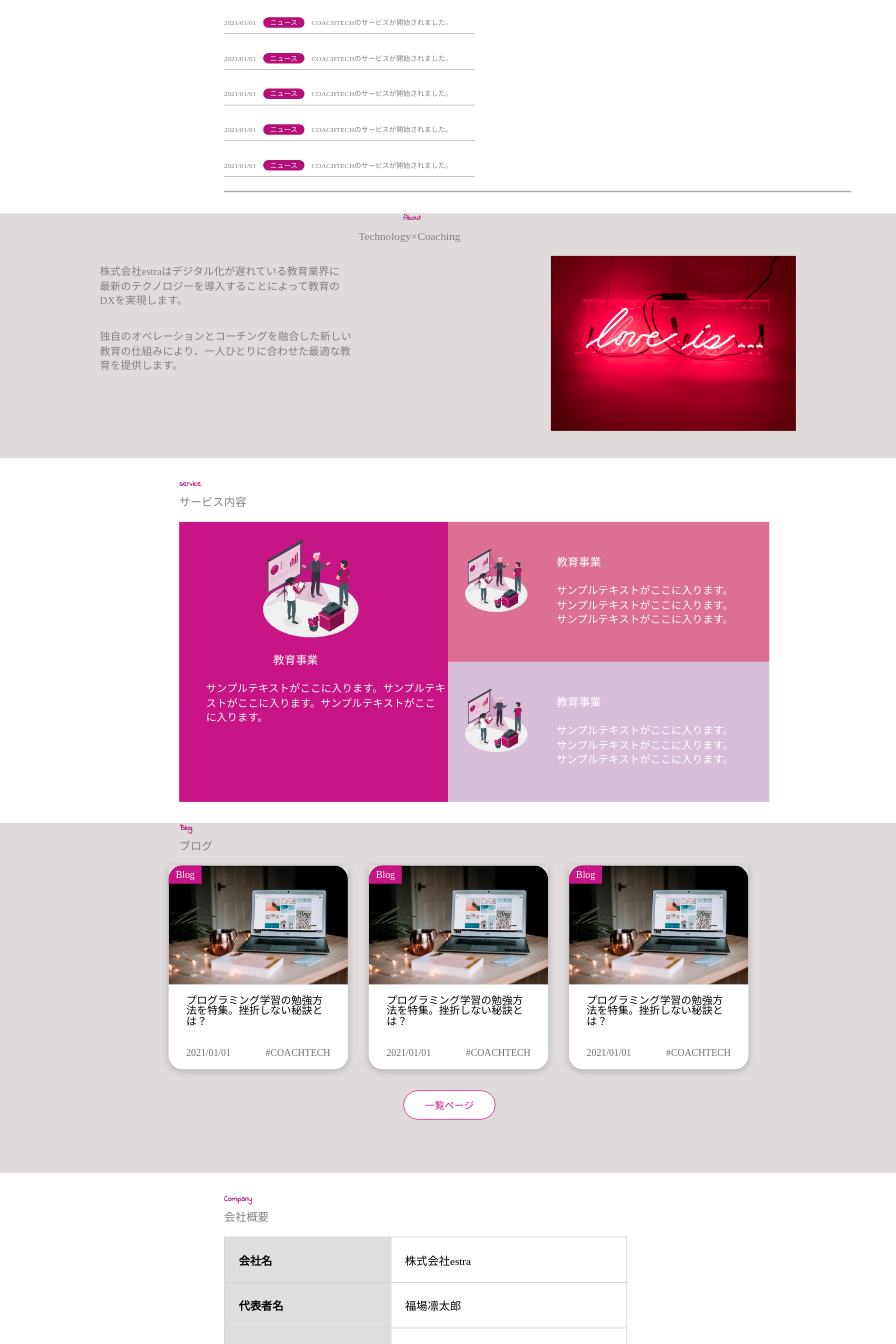
Repository: sigemasaasuka/20210902
Page: index.html
These files come from the project's save history. The page is drawn as it stood at one moment and after a run of saves; the edit follows.
The browser window is 1280 px wide. The pictures show the part of the page from y = 541 to 2461 px (the page is 3297 px tall), at 70% of full size.

Above is the page before, as saved 2021-10-07 11:56:39.

### index.html
<!DOCTYPE html>
<html lang="ja">

<head>
  <meta charset="UTF-8">
  <meta name="viewport" content="width=device-width, initial-scale=1.0">
  <title>Document</title>
  <link rel="stylesheet" href="css/style.css">
  <link rel="stylesheet" href="css/reset.css">
  <link rel="preconnect" href="https://fonts.googleapis.com">
  <link rel="preconnect" href="https://fonts.gstatic.com" crossorigin>
  <link href="https://fonts.googleapis.com/css2?family=Indie+Flower&display=swap" rel="stylesheet">
</head>

<body>
  <div class="flex">
    <div class="logo">
      <img src="img/img/estra_logo.png" alt="estra_logo" width="100px" height="30px">
    </div>
    <div class="parent">
      <div class="child">News</div>
      <div class="child">About</div>
      <div class="child">Service</div>
      <div class="child">blog</div>
      <div class="child">Company</div>
      <div class="child">Contact</div>

    </div>
  </div>
  <div class="relative">
    <img class="relative__img" src="img/img/firstview.jpg" alt="firstview">
    <div class="example">
      <h1>Commit to the <span class="document"> growth</span> <br>for everyone</h1>
    </div>
    <div class="second">
      <h3>全ての全ての人の<span class="second-txt">成長</span>にコミットする</h3>
      <p class="subtitle">Educational Technology Company<br>estra inc since 2019</p>
    </div>
  </div>
  <div class="smlltitle-news">
    <h6>News</h6>
  </div>
  <div class="list-news">
    <h3>新着情報</h3>
  </div>
  <div class="local">
    <div class="info">
      <p>
        2021/01/01　<a class="practice__btn">ニュース</a>　COACHTECHのサービスが開始されました。
      </p>
    </div>
    <div class="info">
      <p>
        2021/01/01　<a class="practice__btn">ニュース</a>　COACHTECHのサービスが開始されました。
      </p>
    </div>
    <div class="info">
      <p>
        2021/01/01　<a class="practice__btn">ニュース</a>　COACHTECHのサービスが開始されました。
      </p>
    </div>
    <div class="info">
      <p>
        2021/01/01　<a class="practice__btn">ニュース</a>　COACHTECHのサービスが開始されました。
      </p>
    </div>
    <div class="info">
      <p>
        2021/01/01　<a class="practice__btn">ニュース</a>　COACHTECHのサービスが開始されました。
      </p>
    </div>
  </div>
  <div class="colored-about">
    <div class="smlltitle-about">
      <h6><p></p> About</h6>
    </div>
    <div class="list-about">
      <h3>Technology×Coaching</h3>
    </div>
    <div class="flex-txt">
    <div class="info-txt">
      <div class="relate">
        株式会社estraはデジタル化が遅れている教育業界に<br>最新のテクノロジーを導入することによって教育の<br>DXを実現します。
      </div>
      <div class="relate-txt">
        独自のオペレーションとコーチングを融合した新しい<br>教育の仕組みにより、一人ひとりに合わせた最適な教<br>育を提供します。
      </div>

    </div>
      <div class="about">
        <img class="picture__img" src="img/img/about.jpg" alt="about">
      </div>
  </div>
  </div>

  <div class="service">
    <div class="smlltitle-service">
      <h6>service</h6>
    </div>
    <div class="list-service">
      <h3>サービス内容</h3>
    </div>
    <div class="contents">
    <div class="colored-service">
      <div class="photo">
        <img class="service__img" src="img/img/service__first.svg" alt="service">
      </div>
      <div class="title">
        <h3>教育事業</h3>
      </div>
      <div class="explain">
        サンプルテキストがここに入ります。サンプルテキ<br>ストがここに入ります。サンプルテキストがここ<br>に入ります。
      </div>
    </div>
  <div class="contents2">
    <div class="contents2">
  <div class="colored3">
    <div class="photo1">
      <img class="service__img1" src="img/img/service__first.svg" alt="service">
    </div>
    <div>
    <div class="title2">
      <h3>教育事業</h3>
    </div>
    <div class="explain2">
      サンプルテキストがここに入ります。<br>サンプルテキストがここに入ります。<br>サンプルテキストがここに入ります。
    </div>
  </div>
  </div>
  </div>

  <div class="colored">
    <div class="photo1">
      <img class="service__img1" src="img/img/service__first.svg" alt="service">
    </div>
    <div>
    <div class="title2">
      <h3>教育事業</h3>
    </div>
    <div class="explain2">
      サンプルテキストがここに入ります。<br>サンプルテキストがここに入ります。<br>サンプルテキストがここに入ります。
    </div>
  </div>
  </div>
</div>
</div>
</div>
   <div class="colored-blog">
    <div class="smlltitle-blog">
      <h6><p></p>Blog</h6>
    </div>
    <div class="list-blog">
      <h3>ブログ</h3>
   </div>
    <div class="flex__item">
      <div class="practice__card">
        <div class="blog__first">
          <img src="img/img/blog__first.jpg" alt="blog">
        </div>
        <div class="card__content">
          <div class="card__cat">Blog</div>
          <h2 class="card__ttl">プログラミング学習の勉強方法を特集。挫折しない秘訣とは？</h2>
          <div class="tag">
            <p class="card__tag">2021/01/01</p>
            <p class="card__date">#COACHTECH</p>
          </div>
        </div>
      </div>
      <div class="practice__card">
        <div class="blog__first">
          <img src="img/img/blog__first.jpg" alt="blog">
        </div>
        <div class="card__content">
          <div class="card__cat">Blog</div>
          <h2 class="card__ttl">プログラミング学習の勉強方法を特集。挫折しない秘訣とは？</h2>
          <div class="tag">
            <p class="card__tag">2021/01/01</p>
            <p class="card__date">#COACHTECH</p>
          </div>
        </div>
      </div>
      <div class="practice__card">
        <div class="blog__first">
          <img src="img/img/blog__first.jpg" alt="blog">
        </div>
        <div class="card__content">
          <div class="card__cat">Blog</div>
          <h2 class="card__ttl">プログラミング学習の勉強方法を特集。挫折しない秘訣とは？</h2>
          <div class="tag">
            <p class="card__tag">2021/01/01</p>
            <p class="card__date">#COACHTECH</p>
          </div>
        </div>
      </div>
    </div>
    <div class="card__cat-blog">一覧ページ</div>
   </div>
   <div class="company">
    <div class="smlltitle-company">
      <h6>Company</h6>
    </div>
    <div class="list-company">
      <h3>会社概要</h3>
    </div>
    <table>
      <tr>
        <th>会社名</th>
        <td>株式会社estra</td>
      </tr>
      <tr>
        <th>代表者名</th>
        <td>福場凛太郎</td>
      </tr>
      <tr>
        <th>本社所在地</th>
        <td>東京都渋谷区1-1-1</td>
      </tr>
      <tr>
        <th>従業員数</th>
        <td>100名</td>
      </tr>
      <tr>
        <th>電話番号</th>
        <td>0120-00-0000</td>
      </tr>
      <tr>
        <th>資本資金</th>
        <td>¥10,000,000</td>
      </tr>
    </table>
    </div>
    <div class="last">
    <div class="photo2">
     <div class="recruit">
      <div class="second-employ">
        <p>採用情報</p>
      </div>
     </div>
    </div>
    <div class="photo3">
      <div class="interview">
    <div class="second-interview">
      <p>社員インタビュー</p>
      </div>
    </div>
    </div>
    </div>
    <div class="list-question">
      <h3>株式会社estraへのお問い合わせはこちらから</h3>
      </div>
      <div class="rod"><p>&#124</p></div>
      <div class="photo4">
  <div class="card__cat3">お問い合わせ</div>
</div>
<div class="colored-question">
  <div class="second-question">
    <p>Copyright&copy;estra,inc　AII Rights Reserved</p>
  </div>
</div>
</body>

</html>

### css/style.css
.img {
  text-align: left;
}

.parent {
  line-height: 50px;
  display: flex;
  justify-content: space-between;
  color: gray;
}

.child {
  margin: 0 10px;
  font-weight: lighter;
}

.logo {
  line-height: 20px;
  width: 100px;
}
.flex {
  display: flex;
  justify-content: space-between;
  height: 50px;
  margin-left: 30px;
}

.relative {
  position: relative;
}

.relative__img {
  margin: 0 0 0 auto;
  display: block;
  width: 50%;
}

.example {
  position: absolute;
  top: 5%;
  left: 30%;
  font-size: 50px;
  color: #b41078;
  font-family: "Indie Flower", cursive;
}

.document {
  top: 5%;
  left: 30%;
  font-size: 70px;
  color: #30b6cf;
  font-family: "Indie Flower", cursive;
}

.second {
  position: absolute;
  top: 50%;
  left: 30%;
  font-size: 18px;
  color: #b41078;
}

.second-txt {
  top: 50%;
  left: 30%;
  font-size: 18px;
  color: #30b6cf;
}

.subtitle {
  margin: 0;
  font-size: 15px;
  color: gray;
  font-weight: lighter;
}

.smlltitle-news {
  color: #b41078;
  font-family: "Indie Flower", cursive;
  margin-left: 25%;
}

.list-news {
  color: gray;
  margin-left: 25%;
  margin-top: 10px;
  margin-bottom: 20px;
}

.local {
  margin-left: 25%;
  border-color: rgb(170, 168, 168);
  border-top: solid 2px rgb(170, 168, 168);
  border-bottom: solid 2px rgb(170, 168, 168);
  width: 70%;
}

.info {
  margin-bottom: 20px;
  border-width: 0 0 1px 0;
  border-style: solid;
  line-height: 30px;
  border-color: rgb(173, 171, 171);
  margin-top: 20px;
  padding-left: 0;
  font-size: 10px;
  color: gray;
  width: 40%;
}

.practice__btn {
  width: 100px;
  padding: 2px 10px;
  color: #fff;
  border-radius: 30px;
  background-color: #b41078;
  text-align: center;
  margin: 0 auto 0;
}

.colored-about {
  height: 350px;
  background-color: rgb(224, 219, 219);
  margin-top: 30px;
}
.smlltitle-about {
  color: #b41078;
  font-family: "Indie Flower", cursive;
  margin-left: 45%;
}

.list-about {
  color: gray;
  margin-left: 40%;
  margin-top: 10px;
}

.flex-txt {
  display: flex;
  justify-content: space-around;
  height: 30px;
}

.relate {
  color: gray;
  font-size: 15px;
  margin-top: 30px;
}

.relate-txt {
  color: gray;
  font-size: 15px;
  margin-top: 30px;
}

.picture__img {
  margin-top: 20px;
  width: 350px;
  height: 250px;
}

.smlltitle-service {
  color: #b41078;
  font-family: "Indie Flower", cursive;
  margin-left: 20%;
  margin-top: 30px;
}

.list-service {
  color: gray;
  margin-left: 20%;
  margin-top: 10px;
}

.contents {
  display: flex;
}
.colored-service {
  background-color: #c71585;
  margin-top: 20px;
  margin-left: 20%;
  width: 30%;
  height: 400px;
}

.service__img {
  width: 300px;
  height: 150px;
  margin-top: 20px;
  margin-left: 10%;
}

.title {
  margin-top: 20px;
  color: #fff;
  margin-left: 35%;
}

.explain {
  margin-left: 10%;
  margin-top: 20px;
  color: #fff;
  font-size: 15px;
}
.contents2 {
  display: flex;
  flex-direction: column;
  justify-content: space-around;
}
.colored3 {
  display: flex;
  background-color: #db7093;
  margin-top: 20px;
  width: 75%;
  height: 200px;
}
.photo1 {
  width: 25%;
}

.service__img1 {
  width: 85%;
  margin-left: 20px;
  margin-top: 30%;
}

.title2 {
  margin-top: 20px;
  color: #fff;
  margin-top: 50px;
  margin-left: 40px;
}

.explain2 {
  margin-top: 20px;
  margin-left: 40px;
  color: #fff;
  font-size: 15px;
}

.colored {
  display: flex;
  background-color: #d8bfd8;
  width: 75%;
  height: 200px;
}

.colored-blog {
  height: 500px;
  background-color: rgb(224, 219, 219);
  margin-top: 30px;
}

.smlltitle-blog {
  color: #b41078;
  font-family: "Indie Flower", cursive;
  margin-left: 20%;
  margin-top: 30px;
}

.list-blog {
  color: gray;
  margin-left: 20%;
  margin-top: 10px;
}

.flex__item {
  border-radius: 20px;
  display: flex;
  justify-content: center;
}

.practice__card {
  margin-top: 20px;
  margin-left: 30px;
  position: relative;
  width: 20%;
  border-bottom-left-radius: 20px;
  border-bottom-right-radius: 20px;
  box-shadow: 0px 3px 10px rgba(0, 0, 0, 0.2);
}

.blog__first {
  overflow: hidden;
  border-top-left-radius: 20px;
  border-top-right-radius: 20px;
}

.card__img img {
  width: 100%;
}

.card__content {
  border-bottom-left-radius: 20px;
  border-bottom-right-radius: 20px;
  background-color: #fff;
  padding: 15px 25px;
}

.card__ttl {
  font-size: 15px;
  margin-bottom: 30px;
  font-weight: 400;
}

.card__cat {
  position: absolute;
  top: 0;
  left: 0;
  border-top-left-radius: 20px;
  padding: 5px 10px;
  background: #c71585;
  display: inline-block;
  color: #fff;
  font-size: 14px;
}

.tag {
  display: flex;
  justify-content: space-between;
  font-size: 14px;
  text-align: right;
}

.card__tag {
  display: inline-block;
  color: rgb(112, 110, 110);
}

.card__date {
  display: inline-block;

  color: rgb(112, 110, 110);
}

.card__cat-blog {
  padding: 10px 30px;
  background: white;
  margin-top: 30px;
  margin-left: 45%;
  border: 1px solid;
  display: inline-block;
  color: #c71585;
  font-size: 14px;
  border-radius: 30px;
}

.company {
  margin-left: 25%;
}

.smlltitle-company {
  color: #b41078;
  font-family: "Indie Flower", cursive;
  margin-top: 30px;
}

.list-company {
  color: gray;
  margin-top: 10px;
  margin-bottom: 20px;
}

table {
  width: 60%;
  border-collapse: collapse;
}

table th,
table td {
  border: 1px solid #ccc;
  padding: 20px;
}
table th {
  font-weight: bold;
  background-color: #dedede;
}

.last {
  display: flex;
  margin-top: 50px;
  position: relative;
}

.second-employ {
  position: absolute;
  top: 50%;
  left: 40%;
  font-size: 20px;
  color: #fff;
}

.photo2 {
  width: 50%;
}

.recruit {
  position: relative;
  width: 100%;
  height: 0;
  padding-top: calc(300 / 683 * 100%); /* calc(画像高さ ÷ 画像横幅 × 100%) */
  background: url(../img/img/recruit.png) center center / cover no-repeat;
  margin-top: 30px;
}

.photo3 {
  width: 50%;
}

.interview {
  position: relative;
  width: 100%;
  height: 0;
  padding-top: calc(300 / 683 * 100%); /* calc(画像高さ ÷ 画像横幅 × 100%) */
  background: url(../img/img/interview.png) center center / cover no-repeat;
  margin-top: 30px;
}

.second-interview {
  position: absolute;
  top: 50%;
  left: 45%;
  font-size: 20px;
  color: #fff;
}

.list-question {
  color: gray;
  margin-top: 50px;
  margin-left: 36%;
}
.rod {
  color: #c71585;
  margin-left: 47%;
  margin-top: 10px;
  font-size: 30px;
}

.card__cat3 {
  position: relative;
  top: 0;
  padding: 20px 60px;
  background: linear-gradient(90deg, #ff69b4, #c71585);
  margin-top: 10px;
  margin-left: 40%;
  border: 1px solid;
  display: inline-block;
  color: #fff;
  font-size: 14px;
  border-radius: 30px;
}

.card__cat3::before {
  content: "";
  position: absolute;
  bottom: 15px;
  left: 25px;
  background: url(../img/img/mailicon.svg) no-repeat;
  background-size: cover;
  width: 15px;
  height: 15px;
  transform: translate(0, -50%);
}

.colored-question {
  height: 30px;
  background-color: rgb(224, 219, 219);
  margin-top: 25px;
}

.second-question {
  color: #000;
  font-size: 10px;
  margin-left: 40%;
  line-height: 30px;
}

### css/reset.css
@charset "UTF-8";
html,
body,
div,
span,
applet,
object,
iframe,
h1,
h2,
h3,
h4,
h5,
h6,
p,
blockquote,
pre,
a,
abbr,
acronym,
address,
big,
cite,
code,
del,
dfn,
em,
img,
ins,
kbd,
q,
s,
samp,
small,
strike,
strong,
sub,
sup,
tt,
var,
b,
u,
i,
center,
dl,
dt,
dd,
ol,
ul,
li,
fieldset,
form,
label,
legend,
table,
caption,
tbody,
tfoot,
thead,
tr,
th,
td,
article,
aside,
canvas,
details,
embed,
figure,
figcaption,
footer,
header,
hgroup,
menu,
nav,
output,
ruby,
section,
summary,
time,
mark,
audio,
video {
  margin: 0;
  padding: 0;
  border: none;
  font-style: normal;
  text-align: left;
  zoom: 1;
}
article,
aside,
details,
figcaption,
figure,
footer,
header,
hgroup,
menu,
nav,
section {
  display: block;
}
table {
  border-collapse: collapse;
  font-family: inherit;
}
h1,
h2,
h3,
h4,
h5 {
  font-size: 100%;
  font-weight: normal;
  line-height: 1;
}
input,
textarea,
select {
  font-family: inherit;
  font-size: 16px;
}
input[type="button"],
input[type="text"],
input[type="submit"] {
  -webkit-appearance: none;
  border-radius: 0;
}
textarea {
  resize: none;
  -webkit-appearance: none;
  border-radius: 0;
}
th,
td {
  border-collapse: collapse;
}
table th,
table td {
  white-space: nowrap;
}
ul,
ol {
  list-style-type: none;
}
img {
  vertical-align: text-bottom;
  vertical-align: -webkit-baseline-middle;
  max-width: 100%;
  height: auto;
  width/***/: auto;
}

After the next 3 saves:
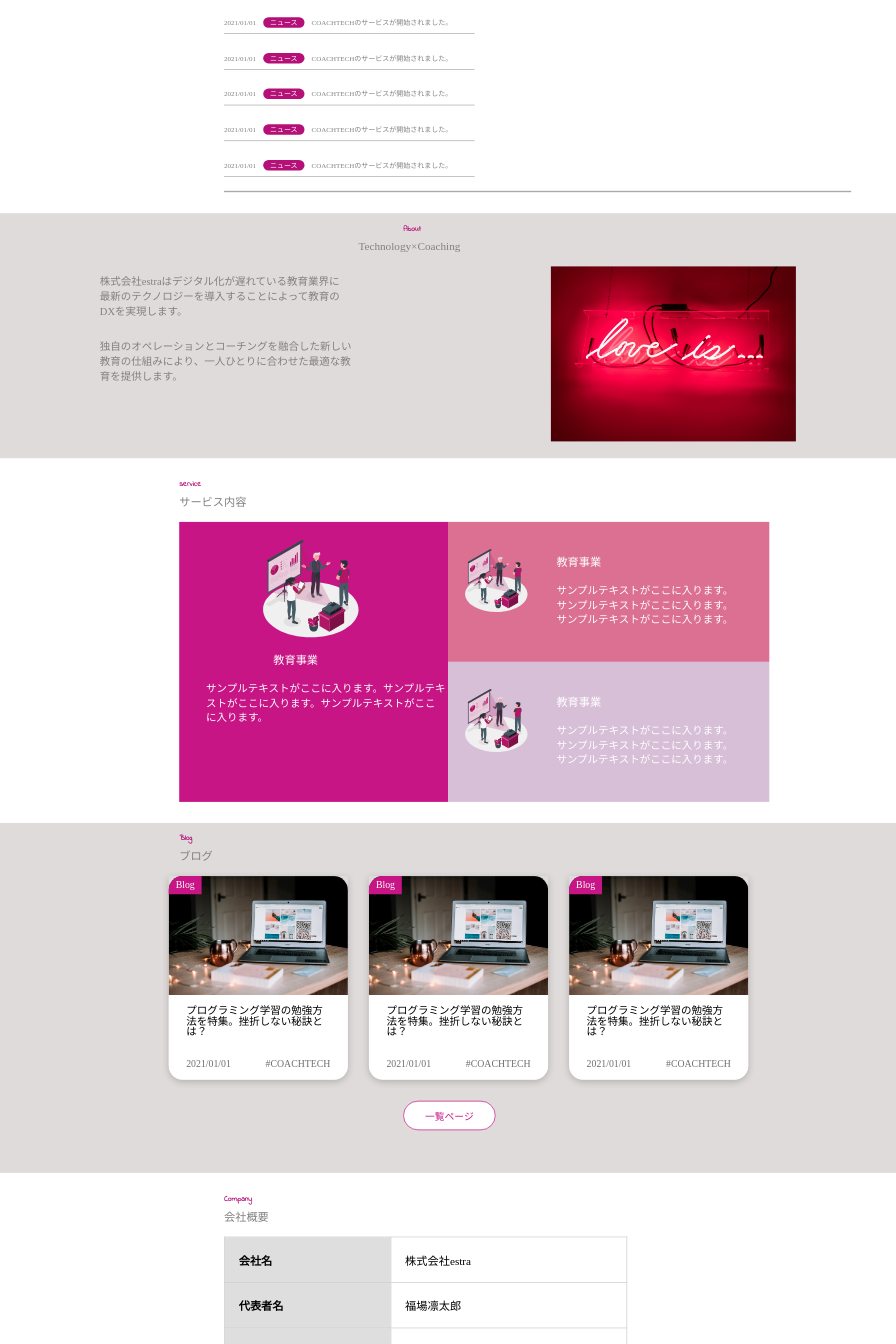
The 3 saves are shown as one change because they came seconds apart.
The last was saved 14 s later.
--- a/index.html
+++ b/index.html
@@ -72,7 +72,7 @@
   </div>
   <div class="colored-about">
     <div class="smlltitle-about">
-      <h6><p></p> About</h6>
+      <h6><br> About</h6>
     </div>
     <div class="list-about">
       <h3>Technology×Coaching</h3>
@@ -147,7 +147,7 @@
 </div>
    <div class="colored-blog">
     <div class="smlltitle-blog">
-      <h6><p></p>Blog</h6>
+      <h6><br>Blog</h6>
     </div>
     <div class="list-blog">
       <h3>ブログ</h3>
